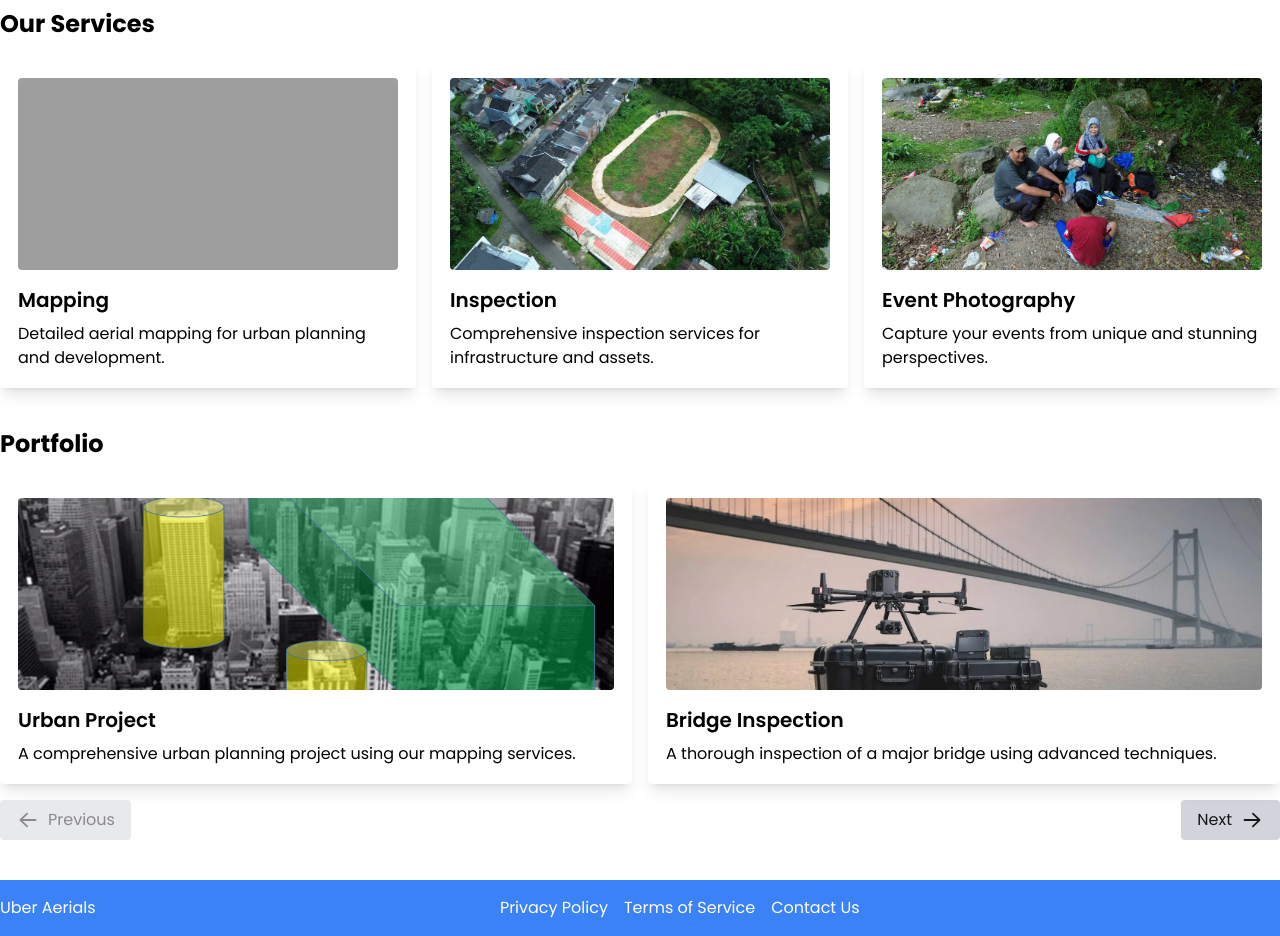
Repository: Adriankf59/drone-portofolio
Page: /
The author's editor kept a copy of each file at every save. The page is drawn from the files as they stood at one save, then again after a run of saves.
The browser window is 1280 px wide. The pictures show the part of the page from y = 900 to 1852 px (the page is 1836 px tall before and 1852 px after).
Pictures or frames that could not be fetched are drawn as grey boxes. The project was rebuilt for these pictures with package versions that can differ from the ones it lists, and the page was loaded fresh each time. The framework's server and built-in components were replaced by stand-ins that run in the browser. Also part of the build but not shown: next.config.mjs.

Above is the page before, as saved 2025-01-29 18:39:32.

### pages/_document.js
import { Html, Head, Main, NextScript } from "next/document";

export default function Document() {
  return (
    <Html lang="en">
      <Head>
        <link
          href="https://fonts.googleapis.com/css2?family=Poppins:wght@300;400;500;600;700&display=swap"
          rel="stylesheet"
        />
      </Head>
      <body className="antialiased">
        <Main />
        <NextScript />
      </body>
    </Html>
  );
}

### pages/index.js
import React, { useState, useRef } from 'react';
import Link from 'next/link';
import { motion } from 'framer-motion';
import { ArrowLeftIcon, ArrowRightIcon } from '@heroicons/react/20/solid';
import Header from '../components/Header';
import Footer from '../components/Footer';

const HomePage = () => {
  const [portfolioPage, setPortfolioPage] = useState(0);
  const pageSize = 2;

  const servicesRef = useRef(null);

  const services = [
    { title: 'Mapping', description: 'Detailed aerial mapping for urban planning and development.', image: '/images/DJI_0595.JPG' },
    { title: 'Inspection', description: 'Comprehensive inspection services for infrastructure and assets.', image: '/images/DJI_0643.JPG' },
    { title: 'Event Photography', description: 'Capture your events from unique and stunning perspectives.', image: '/images/DJI_0651.JPG' },
  ];

  const portfolios = [
    { id: 1, title: 'Urban Project', description: 'A comprehensive urban planning project using our mapping services.', image: '/images/urban.jpg' },
    { id: 2, title: 'Bridge Inspection', description: 'A thorough inspection of a major bridge using advanced techniques.', image: '/images/brige.jpg' },
    { id: 3, title: 'Wedding Coverage', description: 'Stunning aerial photography for a beautiful wedding.', image: '/images/wedding.jpg' },
  ];

  const handleNextPage = () => {
    if ((portfolioPage + 1) * pageSize < portfolios.length) {
      setPortfolioPage(portfolioPage + 1);
    }
  };

  const handlePrevPage = () => {
    if (portfolioPage > 0) {
      setPortfolioPage(portfolioPage - 1);
    }
  };

  const handleGetStartedClick = () => {
    if (servicesRef.current) {
      servicesRef.current.scrollIntoView({ behavior: 'smooth' });
    }
  };

  const currentPortfolios = portfolios.slice(portfolioPage * pageSize, (portfolioPage + 1) * pageSize);

  return (
    <div className="bg-white min-h-screen font-sans">
      <Header />

      <div
        className="flex items-center justify-center"
        style={{
          backgroundImage: "url('/images/DJI_0595.JPG')",
          backgroundSize: "cover",
          backgroundPosition: "center",
          height: "400px",
          width: "100%",
        }}
      >
        <motion.div
          className="bg-white bg-opacity-75 p-5 rounded flex flex-col items-center"
          initial={{ opacity: 0, scale: 0.8 }}
          animate={{ opacity: 1, scale: 1 }}
          transition={{ duration: 0.8, ease: "easeOut" }}
        >
          <motion.h2
            className="text-2xl text-black font-semibold text-center"
            initial={{ opacity: 0 }}
            animate={{ opacity: 1 }}
            transition={{ duration: 0.6, delay: 0.2 }}
          >
            Explore the World from Above
          </motion.h2>
          <motion.button
            className="mt-4 py-2 px-6 bg-blue-500 text-white rounded-[15px]"
            initial={{ opacity: 0 }}
            animate={{ opacity: 1 }}
            transition={{ duration: 0.6, delay: 0.4 }}
            onClick={handleGetStartedClick}
          >
            Get Started
          </motion.button>
        </motion.div>
      </div>

      <section ref={servicesRef} className="max-w-7xl mx-auto my-10">
        <h2 className="text-2xl text-black font-bold my-5">Our Services</h2>
        <div className="grid grid-cols-1 md:grid-cols-3 gap-4">
          {services.map((service) => (
            <div key={service.title} className="flex flex-col p-4 shadow-lg rounded bg-white cursor-pointer border-2 transition-transform transform hover:scale-105 hover:shadow-xl border-transparent">
              <div className="overflow-hidden rounded">
                <img className="w-full h-48 object-cover" src={service.image} alt={service.title} />
              </div>
              <h3 className="text-xl text-black font-semibold mt-4">{service.title}</h3>
              <p className="mt-2 text-black">{service.description}</p>
            </div>
          ))}
        </div>
      </section>

      <section className="max-w-7xl mx-auto my-10">
        <h2 className="text-2xl text-black font-bold my-5">Portfolio</h2>
        <motion.div
          className="grid grid-cols-1 md:grid-cols-2 gap-4"
          initial={{ opacity: 0 }}
          animate={{ opacity: 1, transition: { duration: 0.8 } }}
          exit={{ opacity: 0 }}
        >
          {currentPortfolios.map((portfolio) => (
            <Link href={`/portfolio/${portfolio.id}`} key={portfolio.id}>
              <motion.div
                whileHover={{ scale: 1.05 }}
                className="flex flex-col p-4 shadow-lg rounded bg-white cursor-pointer border-2 transition-transform transform hover:scale-105 hover:shadow-xl border-transparent"
              >
                <div className="overflow-hidden rounded">
                  <img className="w-full h-48 object-cover" src={portfolio.image} alt={portfolio.title} />
                </div>
                <h3 className="text-xl text-black font-semibold mt-4">{portfolio.title}</h3>
                <p className="mt-2 text-black">{portfolio.description}</p>
              </motion.div>
            </Link>
          ))}
        </motion.div>
        <div className="flex justify-between mt-4">
          <motion.button
            whileHover={{ scale: 1.1, color: "#ffffff", backgroundColor: "#4b5563" }}
            onClick={handlePrevPage}
            className="flex items-center px-4 py-2 bg-gray-300 rounded transition-all duration-200 disabled:opacity-50"
            disabled={portfolioPage === 0}>
            <ArrowLeftIcon className="h-6 w-6 mr-2" />
            Previous
          </motion.button>
          <motion.button
            whileHover={{ scale: 1.1, color: "#ffffff", backgroundColor: "#4b5563" }}
            onClick={handleNextPage}
            className="flex items-center px-4 py-2 bg-gray-300 rounded transition-all duration-200 disabled:opacity-50"
            disabled={(portfolioPage + 1) * pageSize >= portfolios.length} >
            Next
            <ArrowRightIcon className="h-6 w-6 ml-2" />
          </motion.button>
        </div>
      </section>
      <Footer />
    </div>
  );
};

export default HomePage;

### components/Header.js
// components/Header.js
import React from 'react';
import Link from 'next/link';

const Header = () => {
  return (
    <header className="bg-white shadow-md">
      <nav className="max-w-7xl mx-auto flex justify-between items-center p-5">
        <h1 className="text-xl text-black">Uber Aerials</h1>
        <ul className="flex space-x-4">
          <li className="text-black hover:text-blue-500 cursor-pointer">
            <Link href="/">Home</Link>
          </li>
          <li className="text-black hover:text-blue-500 cursor-pointer">
            <Link href="/services">Services</Link>
          </li>
          <li className="text-black hover:text-blue-500 cursor-pointer">
            <Link href="/contact">Contact</Link>
          </li>
          <li className="text-black hover:text-blue-500 cursor-pointer">
            <Link href="/blog">Blog</Link>
          </li>
        </ul>
      </nav>
      <div
        className="flex items-center justify-center"
        style={{
          backgroundImage: "url('/images/DJI_0595.JPG')",  // Adjust the image path
          backgroundSize: "cover",                         // Controls the size of the image
          backgroundPosition: "center",                    // Controls the position of the image
          height: "400px",                                 // Adjust the container height as needed
          width: "100%",                                   // Full width of the container
        }}
      >
        <div className="bg-white bg-opacity-75 p-5 rounded flex flex-col items-center">
          <h2 className="text-2xl text-black font-semibold text-center">Explore the World from Above</h2>
          <button className="mt-4 py-2 px-6 bg-blue-500 text-white rounded-[15px]">Get Started</button>
        </div>
      </div>
    </header>
  );
};

export default Header;

### components/Footer.js
// components/Footer.js
import React from 'react';

const Footer = () => {
  return (
    <footer className="bg-blue-500 py-4">
      <div className="max-w-7xl mx-auto flex justify-between items-center text-white">
        <p>Uber Aerials</p>
        <ul className="flex space-x-4">
          <li>Privacy Policy</li>
          <li>Terms of Service</li>
          <li>Contact Us</li>
        </ul>
        <div className="flex space-x-2">
          <i className="fab fa-twitter"></i>
          <i className="fab fa-facebook-f"></i>
          <i className="fab fa-linkedin-in"></i>
        </div>
      </div>
    </footer>
  );
};

export default Footer;

### tailwind.config.mjs
/** @type {import('tailwindcss').Config} */
export default {
  content: [
    "./pages/**/*.{js,ts,jsx,tsx,mdx}",
    "./components/**/*.{js,ts,jsx,tsx,mdx}",
    "./app/**/*.{js,ts,jsx,tsx,mdx}",
  ],
  theme: {
    extend: {
      colors: {
        background: "var(--background)",
        foreground: "var(--foreground)",
      },
      fontFamily: {
        sans: ['Poppins', 'sans-serif'], // Add Poppins
      },
    },
  },
  plugins: [],
};

Loaded but not shown: pages/_app.js (common file); styles/globals.css (common file)

After the next 2 saves:
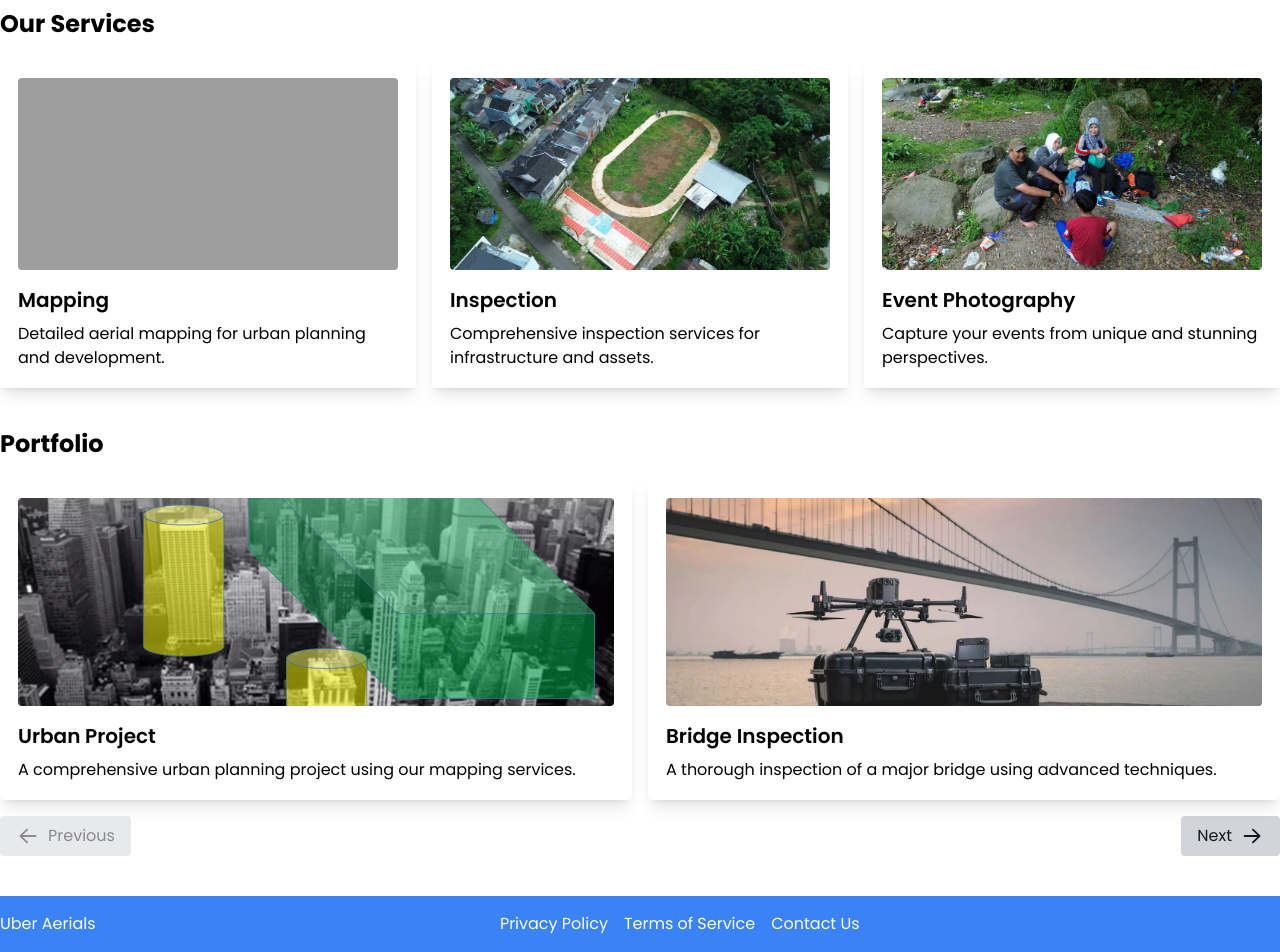
The 2 saves are shown as one change because they came seconds apart.
The last was saved 89 min 15 s later.
--- a/pages/index.js
+++ b/pages/index.js
@@ -113,7 +113,7 @@ const HomePage = () => {
                 className="flex flex-col p-4 shadow-lg rounded bg-white cursor-pointer border-2 transition-transform transform hover:scale-105 hover:shadow-xl border-transparent"
               >
                 <div className="overflow-hidden rounded">
-                  <img className="w-full h-48 object-cover" src={portfolio.image} alt={portfolio.title} />
+                  <img className="w-full h-52 object-cover" src={portfolio.image} alt={portfolio.title} />
                 </div>
                 <h3 className="text-xl text-black font-semibold mt-4">{portfolio.title}</h3>
                 <p className="mt-2 text-black">{portfolio.description}</p>
